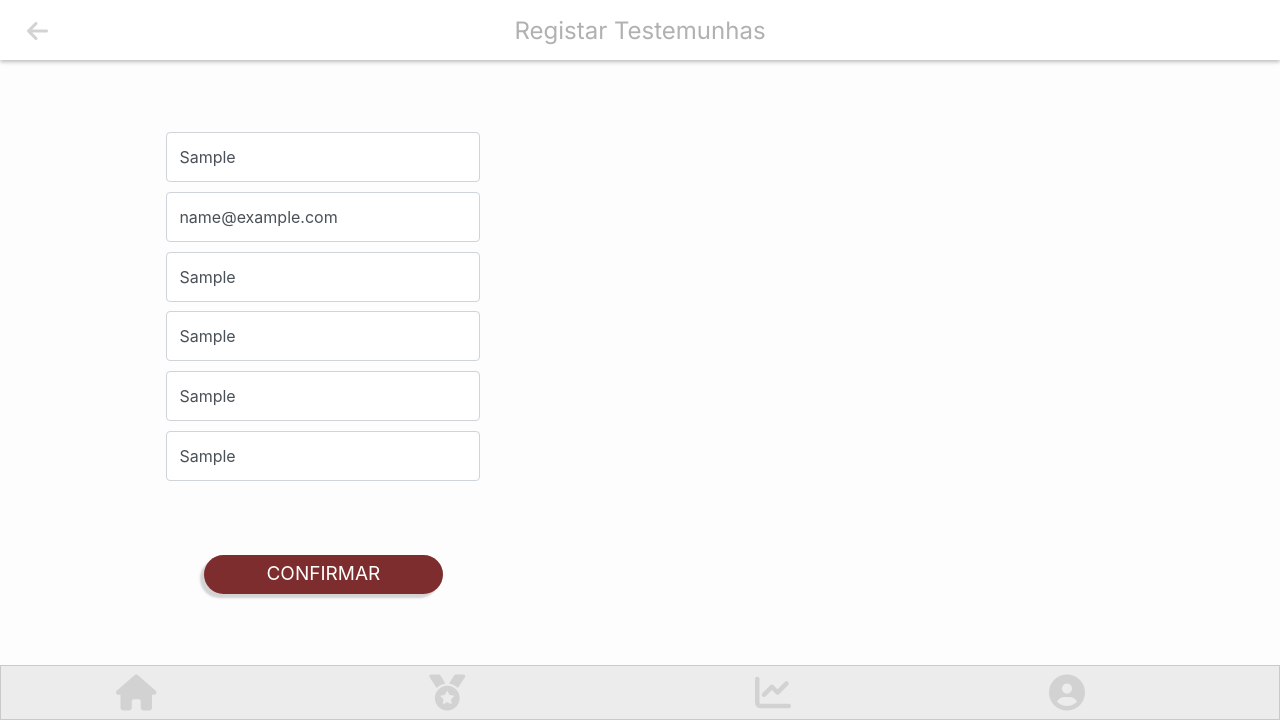
Repository: grupodetrabalhoeficiente/D213
Page: D213/Frontend/RegistarTestemunhas.html
The author's editor kept a record of every edit. The page is drawn from the files as they stood at one moment, then again after the next edit.
The browser window is 1280 px wide. The pictures show the whole page.
Empty fields were first filled with sample values (such as "Sample", 5 or name@example.com).
After loading, the first visible `#submit` was clicked once.
The page's requests for data from a server got no answer. Some web libraries are served in a nearby version.

Above is the page before.

After the next edit:
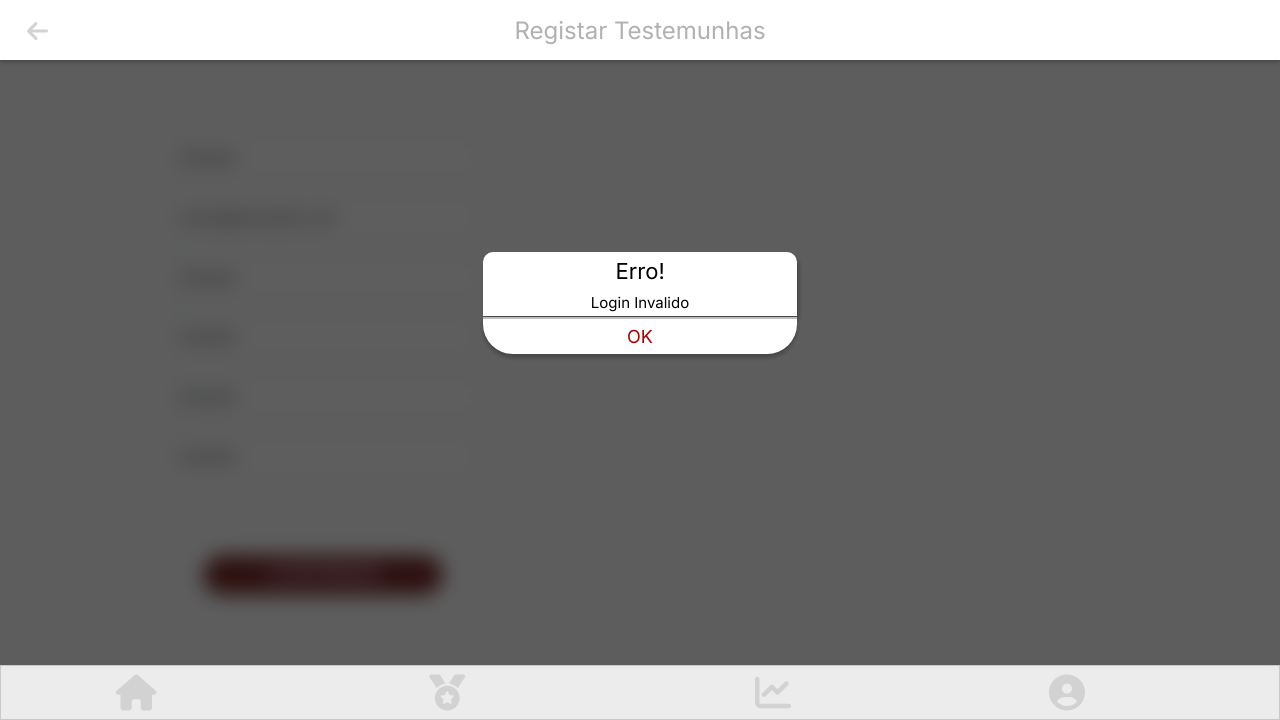
The edit:
--- a/D213/Frontend/fetch/witness.controller.js
+++ b/D213/Frontend/fetch/witness.controller.js
@@ -43,6 +43,7 @@
     }).then(function(result) {
         console.log(result);
     }).catch(function(err) {
+        openForm();
         alert("Submission error");
         console.error(err);
     });
